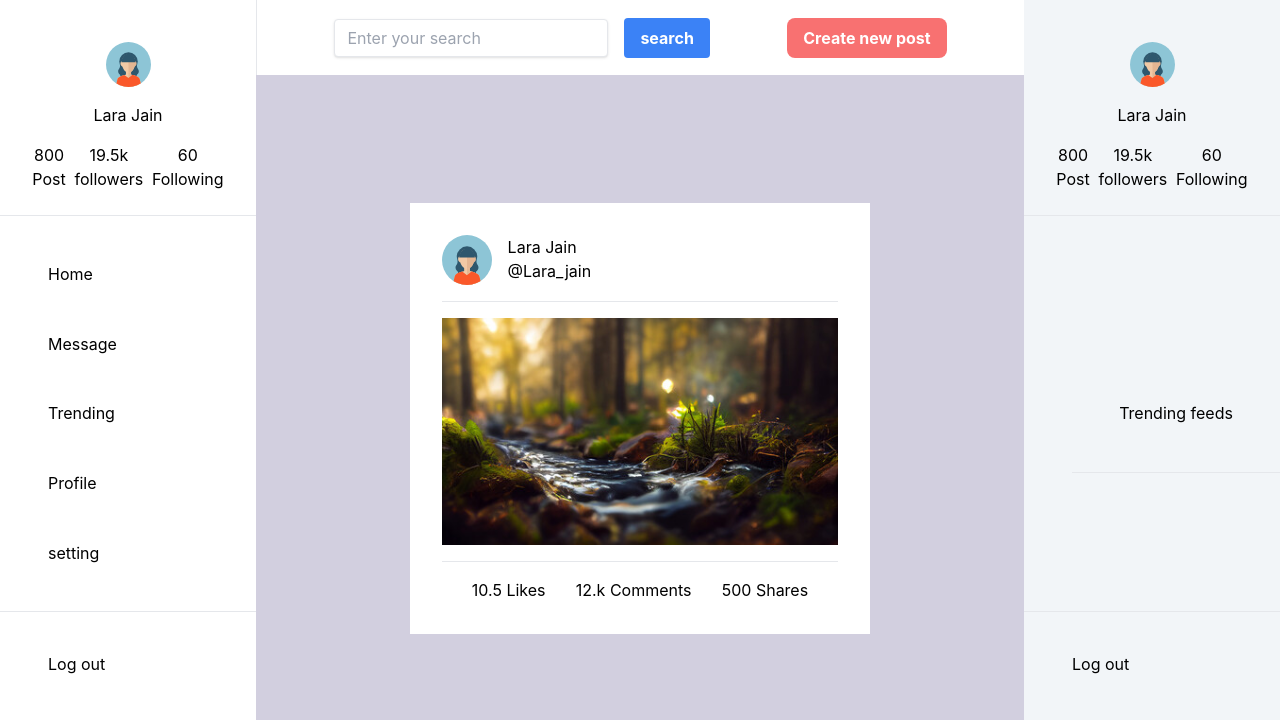
Repository: cosmicswati/upgrad-captions-project
Page: /
An editor plug-in stored every save of this project. The page is shown before and after the next save, followed by the edit.
The browser window is 1280 px wide. The pictures show the whole page.
An inner scrolling area shows only its first screen. The project was rebuilt for these pictures with package versions that can differ from the ones it lists, and the page was loaded fresh each time. Also part of the build but not shown: src/modules/Authorization/Form.jsx, src/modules/Authorization/index.js.

Above is the page before, as saved 2024-04-10 10:34:09.

### src/index.css
@tailwind base;
@tailwind components;
@tailwind utilities;

body {
  margin: 0;
  font-family: -apple-system, BlinkMacSystemFont, 'Segoe UI', 'Roboto', 'Oxygen',
    'Ubuntu', 'Cantarell', 'Fira Sans', 'Droid Sans', 'Helvetica Neue',
    sans-serif;
  -webkit-font-smoothing: antialiased;
  -moz-osx-font-smoothing: grayscale;
}

code {
  font-family: source-code-pro, Menlo, Monaco, Consolas, 'Courier New',
    monospace;
}

.scrollbar-hide::-webkit-scrollbar{
  display: none;
}

### src/App.js
import Auth from "./modules/Authorization";
import Home from "./modules/Home";


function App() {
  return (
    <div>
      {/* <Auth />  */}
      <Home />
    </div>
  );
}

export default App;

### src/modules/Home/index.js
import React from 'react'
import { ReactComponent as Avatar } from '../../assets/Avatar.svg'
import Input from '../../components/Input';
import Button from '../../components/Button';
import postImg from '../../assets/postImg.jpg'

const Home = () => {
  return (
    <div className='h-screen bg-[#d2cfdf]  flex overflow-hidden'>
        <div className='w-[20%] bg-white flex flex-col'>
            <div className='h-[30%] flex justify-center items-center border-b'>
                <div className='flex flex-col justify-center items-center'>
                    <Avatar width={'45px'} height={'45px'}/>
                    <p className='my-4'>Lara Jain</p>
                    <div className='h-[30px] flex justify-around w-[200px] text-center'>
                        <div className='flex flex-col justify-around items-center'>
                            <h4>800</h4>
                            <p>Post</p>
                        </div>
                        <div>
                            <h4>19.5k</h4>
                            <p>followers</p>
                        </div>
                        <div>
                            <h4>60</h4>
                            <p>Following</p>
                        </div>
                    </div>
                </div>
            </div>
            <div className='h-[55%] flex flex-col justify-evenly pl-12 border-b'>
                    <div>Home</div>
                    <div>Message</div>
                    <div>Trending</div>
                    <div>Profile</div>
                    <div>setting</div>
            </div>
            <div className='h-[15%] pt-10'>
                <div className='ml-12 cursor-pointer'>Log out</div>
            </div>
        </div>
        <div className='w-[60%] overflow-scroll h-full scrollbar-hide'>
            <div className='bg-white h-[75px] border-l flex justify-evenly items-center pt-4'>
                 <div className='flex justify-center items-center'>
                    <Input placeholder='Enter your search '/>
                    <Button label='search'  className='mb-4 ml-4'/>
                 </div>
                 <Button label='Create new post'  className='rounded-lg bg-red-400 hover:bg-red-500 mb-4'/>
            </div>
            <div className='bg-white w-[60%]  mx-auto mt-32 p-8'>
                <div className='border-b flex item-center pb-4 mb-4'>
                    <Avatar width={'50px'} height={'50px'} />
                   <div className='ml-4'>
                   <h3>Lara Jain</h3>
                    <p>@Lara_jain</p>
                   </div>
                </div>
                <div className='border-b pb-4 mb-4'>
                    <img src={postImg} width={'500px'}/>
                </div>
                <div className='flex justify-evenly mt-4'>
                    <div>10.5 Likes</div>
                    <div>12.k Comments</div>
                    <div>500 Shares</div>
                </div>
            </div>
            <div className='bg-white w-[60%]  mx-auto mt-32 p-8'>
                <div className='border-b flex item-center pb-4 mb-4'>
                    <Avatar width={'50px'} height={'50px'} />
                   <div className='ml-4'>
                   <h3>Lara Jain</h3>
                    <p>@Lara_jain</p>
                   </div>
                </div>
                <div className='border-b pb-4 mb-4'>
                    <img src={postImg} width={'500px'}/>
                </div>
                <div className='flex justify-evenly mt-4'>
                    <div>10.5 Likes</div>
                    <div>12.k Comments</div>
                    <div>500 Shares</div>
                </div>
            </div>
        </div>

        <div className='w-[20%] bg-[#F2F5F8]'>
            <div className='h-[30%] flex justify-center items-center border-b'>
                <div className='flex flex-col justify-center items-center'>
                    <Avatar width={'45px'} height={'45px'}/>
                    <p className='my-4'>Lara Jain</p>
                    <div className='h-[30px] flex justify-around w-[200px] text-center'>
                        <div className='flex flex-col justify-around items-center'>
                            <h4>800</h4>
                            <p>Post</p>
                        </div>
                        <div>
                            <h4>19.5k</h4>
                            <p>followers</p>
                        </div>
                        <div>
                            <h4>60</h4>
                            <p>Following</p>
                        </div>
                    </div>
                </div>
            </div>
            <div className='h-[55%] flex flex-col justify-evenly pl-12 border-b'>
                    <div className='h-[30%] flex justify-center items-center border-b'>Trending feeds</div>

            </div>
            <div className='h-[15%] pt-10'>
                <div className='ml-12 cursor-pointer'>Log out</div>
            </div>
        </div>
    </div>
  )
}

export default Home

### src/components/Input/index.js
import React from 'react'

const Input = ({
    name = '',
    label ='',
    type ='',
    placeholder =''
}) => {
  return (
    <div class="mb-4">
        {
          label &&
          <label class="block text-gray-700 text-sm font-bold mb-2" for={name}>
             {label}
          </label>
        }

        <input class="shadow apperance-none border rounded w-full py-2 px-3
         text-gray-700 leading-tight focus:outline-none focus:shadow-outline"
         id={name} type={type} placeholder={placeholder} />

    </div>
  )

}

export default Input

### src/components/Button/index.js
import React from 'react'

const Button = ({
    label ='',
    className =''
}) => {
  return (
    <button className={`bg-blue-500 hover:bg-blue-700 text-white font-bold py-2 px-4 rounded ${className}`}>
      {label}
  </button>
  )
}

export default Button

### tailwind.config.js
/** @type {import('tailwindcss').Config} */
module.exports = {
 mode:'jit',
 purge: [
  './public/**/*.html',
  './src/**/*.{js,jsx,ts,tsx,vue}',
 ],
  content: [
    "./src/**/*.{js,jsx,ts,tsx}",
  ],
  theme: {
    extend: {},
  },
  plugins: [],
}

Loaded but not shown: public/index.html (common file); src/index.js (common file); src/reportWebVitals.js (common file)

After the next save:
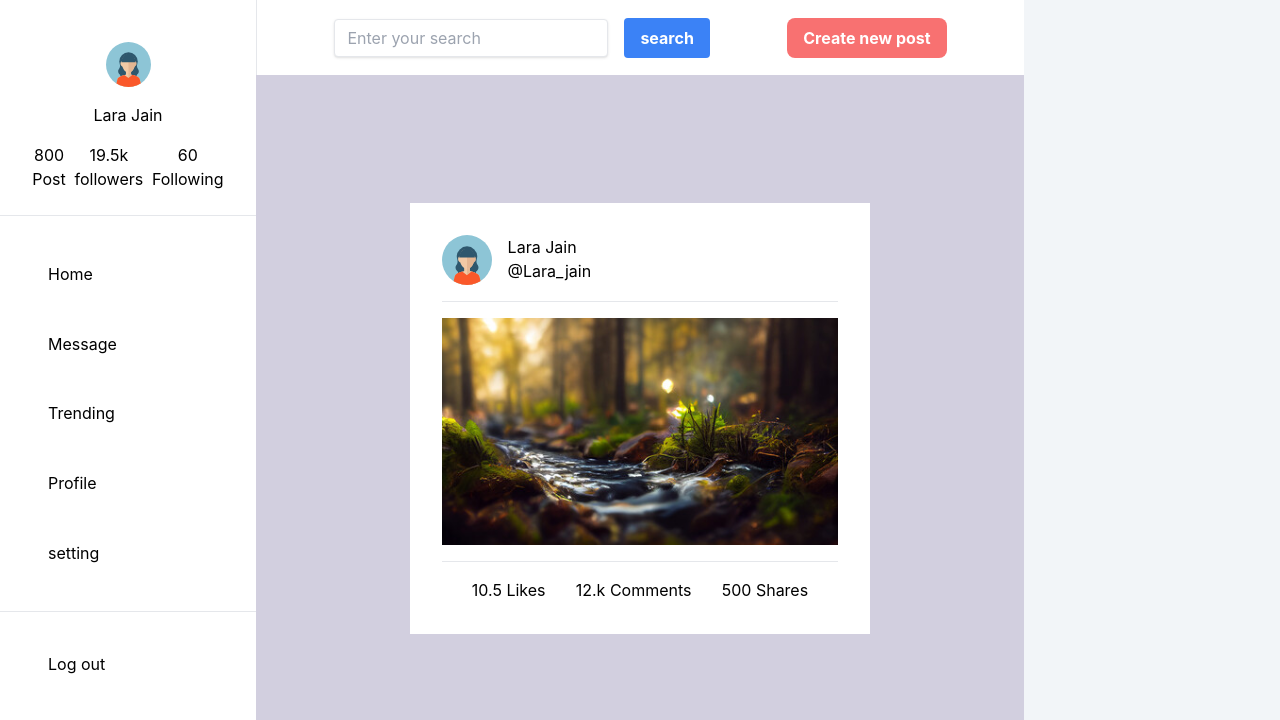
Saved 17 s later.
--- a/src/modules/Home/index.js
+++ b/src/modules/Home/index.js
@@ -1,5 +1,5 @@
 import React from 'react'
-import { ReactComponent as Avatar } from '../../assets/Avatar.svg'
+import { ReactComponent as Avatar} from '../../assets/Avatar.svg'
 import Input from '../../components/Input';
 import Button from '../../components/Button';
 import postImg from '../../assets/postImg.jpg'
@@ -84,34 +84,8 @@ const Home = () => {
         </div>
 
         <div className='w-[20%] bg-[#F2F5F8]'>
-            <div className='h-[30%] flex justify-center items-center border-b'>
-                <div className='flex flex-col justify-center items-center'>
-                    <Avatar width={'45px'} height={'45px'}/>
-                    <p className='my-4'>Lara Jain</p>
-                    <div className='h-[30px] flex justify-around w-[200px] text-center'>
-                        <div className='flex flex-col justify-around items-center'>
-                            <h4>800</h4>
-                            <p>Post</p>
-                        </div>
-                        <div>
-                            <h4>19.5k</h4>
-                            <p>followers</p>
-                        </div>
-                        <div>
-                            <h4>60</h4>
-                            <p>Following</p>
-                        </div>
-                    </div>
-                </div>
-            </div>
-            <div className='h-[55%] flex flex-col justify-evenly pl-12 border-b'>
-                    <div className='h-[30%] flex justify-center items-center border-b'>Trending feeds</div>
 
             </div>
-            <div className='h-[15%] pt-10'>
-                <div className='ml-12 cursor-pointer'>Log out</div>
-            </div>
-        </div>
     </div>
   )
 }
